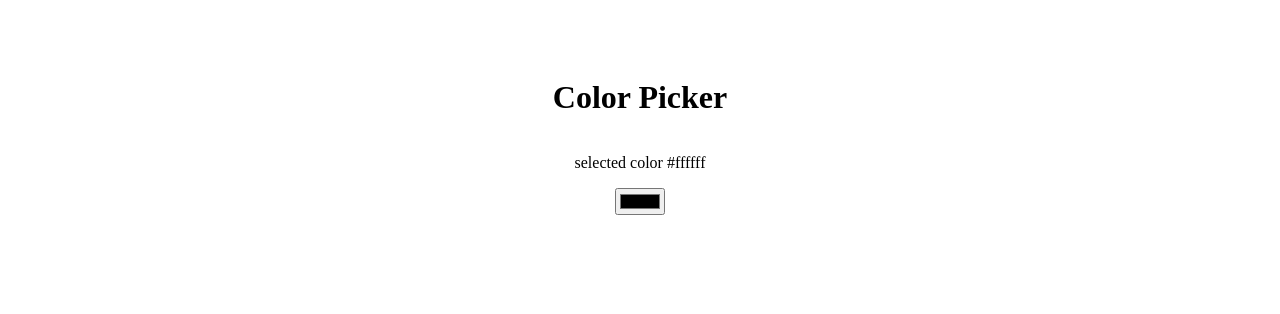
Repository: wakoya-tech/color-picker
Page: /
An editor plug-in stored every save of this project. The page is shown before and after the next save, followed by the edit.
The browser window is 1280 px wide. The pictures show the whole page.
The project was rebuilt for these pictures with package versions that can differ from the ones it lists, and the page was loaded fresh each time. Also part of the build but not shown: vite.config.js, src/index.css.

Above is the page before, as saved 2025-10-16 20:45:02.

### src/App.jsx
import { useState } from 'react'
import reactLogo from './assets/react.svg'
import './App.css'
import ColorPicker from './ColorPicker'

function App() {
return(<>

<ColorPicker/>
</>)
}

export default App

### src/App.css
body{
  background-color: white;
}
.color-picker-container{
  display: flex;
flex-direction: column;
align-items: center;
  padding: 50px;
}

### src/ColorPicker.jsx
import React, { useState } from 'react'

function ColorPicker() {
  const [color,setColor]=useState("#ffffff");
function handleColorChange(e)
{
  setColor(e.target.value);
}
  return (
    <div className='color-picker-container'>
<h1>Color Picker</h1>
<div className='color-display' style={{backgroundColor :color}}>
  <p>selected color {color}</p>
</div>
    <div>
      <label Select a color></label>
      <input type="color" onChange={handleColorChange}/>
    </div>
    </div>
  )
}

export default ColorPicker

Loaded but not shown: index.html (common file); src/main.jsx (common file)

After the next save:
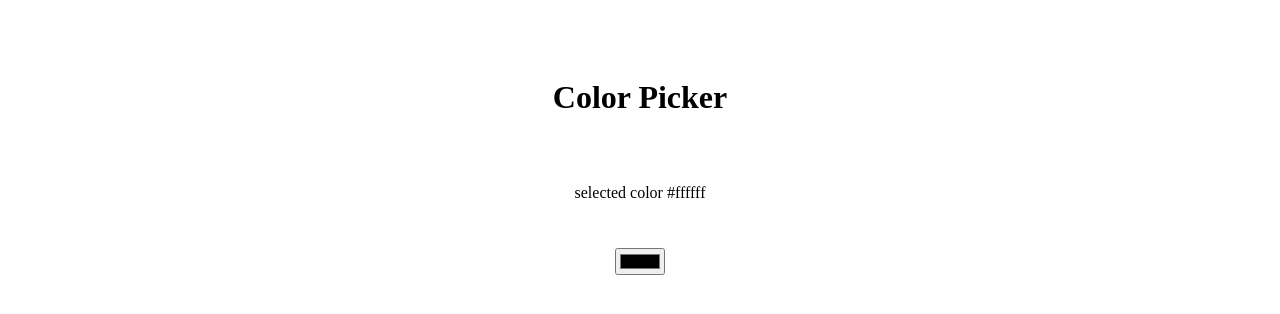
Saved 33 s later.
--- a/src/App.css
+++ b/src/App.css
@@ -7,3 +7,6 @@ flex-direction: column;
 align-items: center;
   padding: 50px;
 }
+.color-display{
+  padding: 30px;
+}
